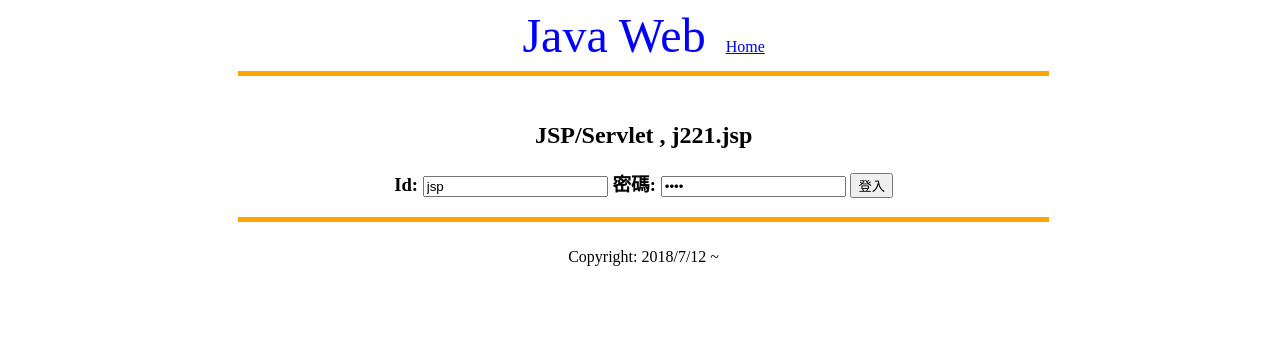
Repository: anxhuang/Java_Web
Page: http://localhost/code/j221.jsp
An editor plug-in stored every save of this project. The page is shown before and after the next save, followed by the edit.
The browser window is 1280 px wide. The pictures show the whole page.
The page is served by Tomcat 9.

Above is the page before, as saved 2018-07-19 11:43:59.

After the next save:
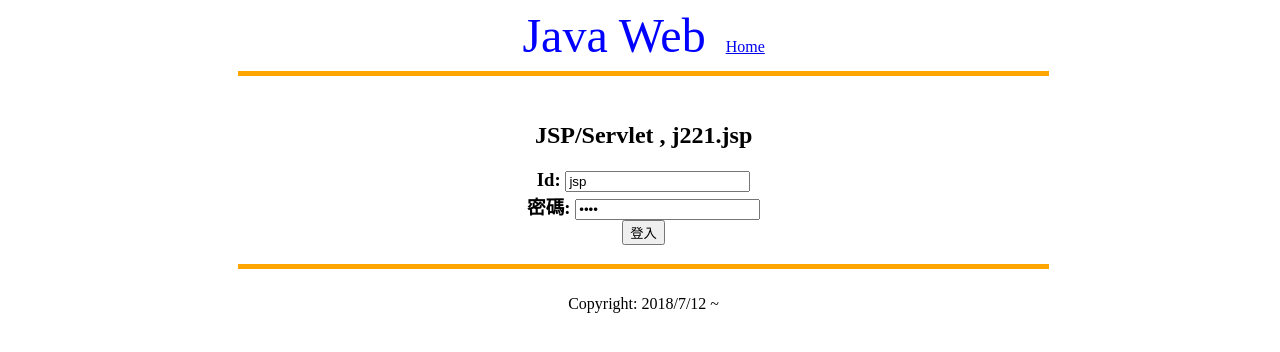
Saved 11 s later.
--- a/code/WebContent/j221.jsp
+++ b/code/WebContent/j221.jsp
@@ -21,9 +21,9 @@
 
 		<h3>
 			<form action="S221">
-				Id: <input type="text" name="id" value="jsp">
-				密碼: <input type="password" name="password" value="1234">
-				<input type="submit" value="登入">
+				Id: <input type="text" name="id" value="jsp"><br>
+				密碼: <input type="password" name="password" value="1234"><br>
+				<input type="submit" value="登入"><br>
 			</form>
 		</h3>
 	</div>
